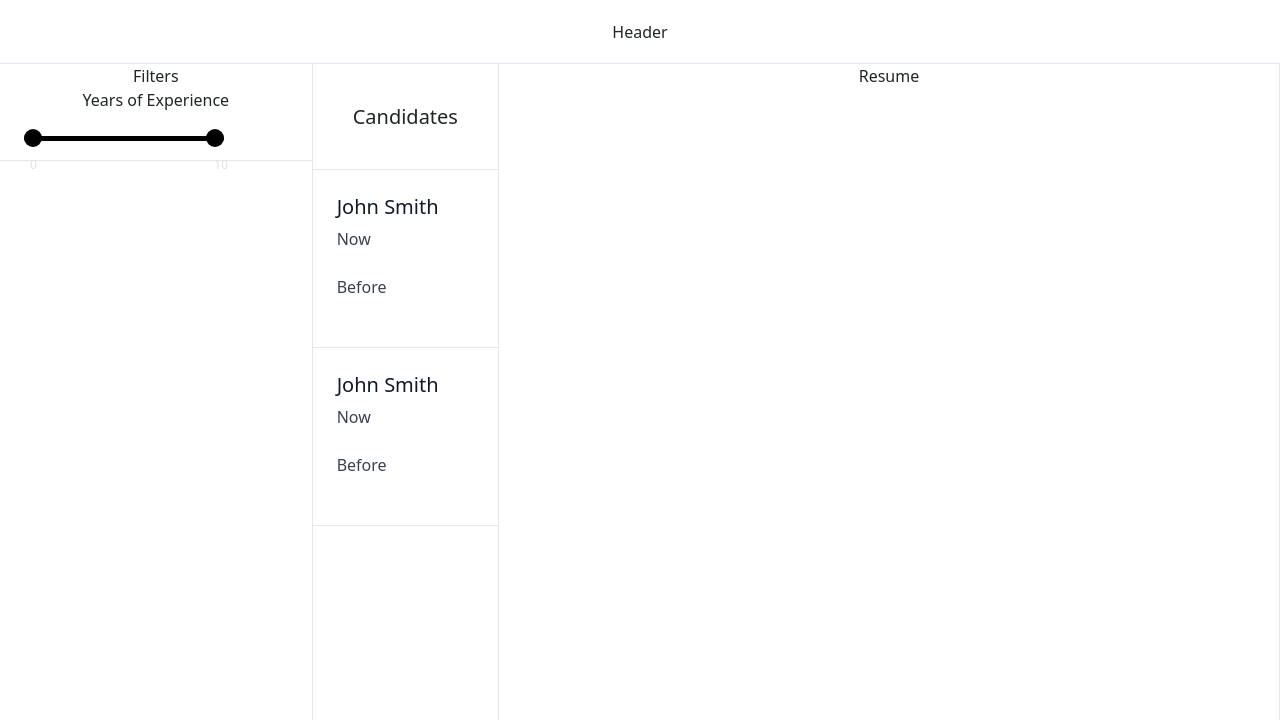
Repository: VictorJPimentel/Resume-Matcher
Page: / (app in frontend/)
The author's editor kept a copy of each file at every save. The page is drawn from the files as they stood at one save, then again after the next save.
The browser window is 1280 px wide. The pictures show the whole page.
The project was rebuilt for these pictures with package versions that can differ from the ones it lists, and the page was loaded fresh each time. Also part of the build but not shown: frontend/src/components/FileUpload.jsx.

Above is the page before, as saved 2022-08-09 21:47:03.

After the next save:
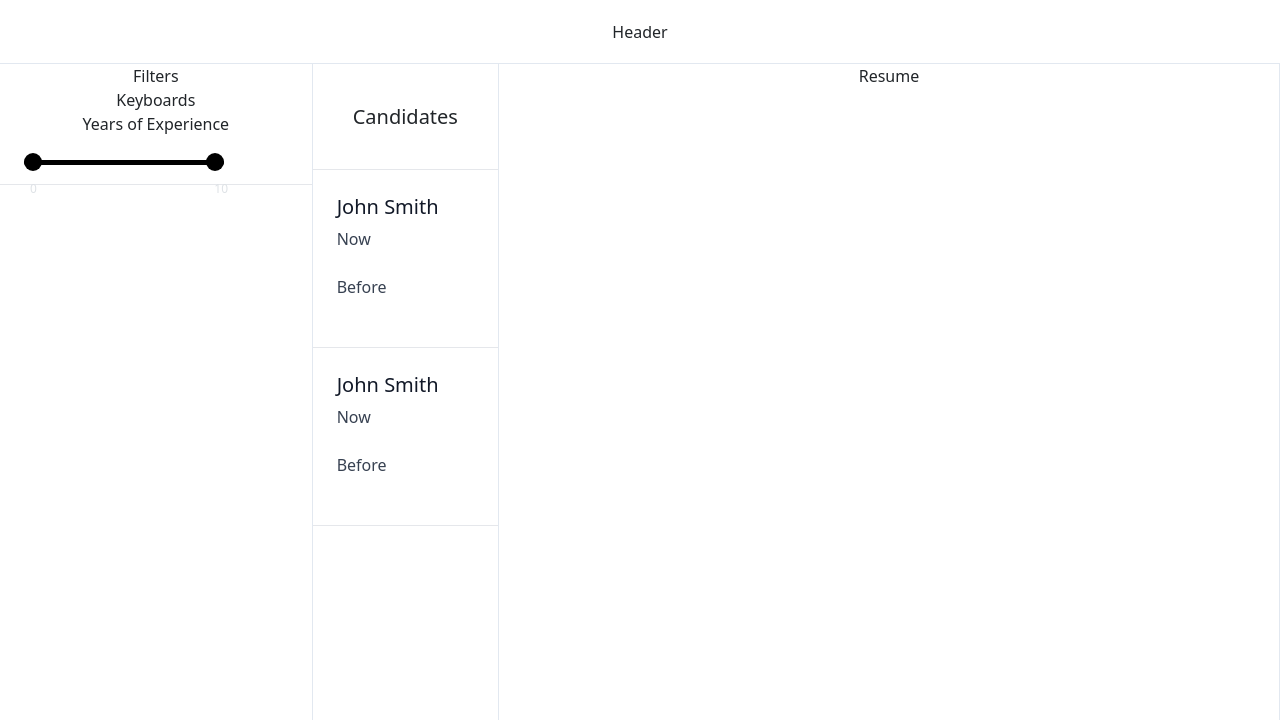
Saved 32 s later.
--- a/frontend/src/components/Filters.jsx
+++ b/frontend/src/components/Filters.jsx
@@ -17,7 +17,7 @@ function Filter() {
       text-center "
     >
       <div>Filters </div>
-
+      <div>Keyboards </div>
       <div> Years of Experience</div>
       <MultiRangeSlider
         min={0}
